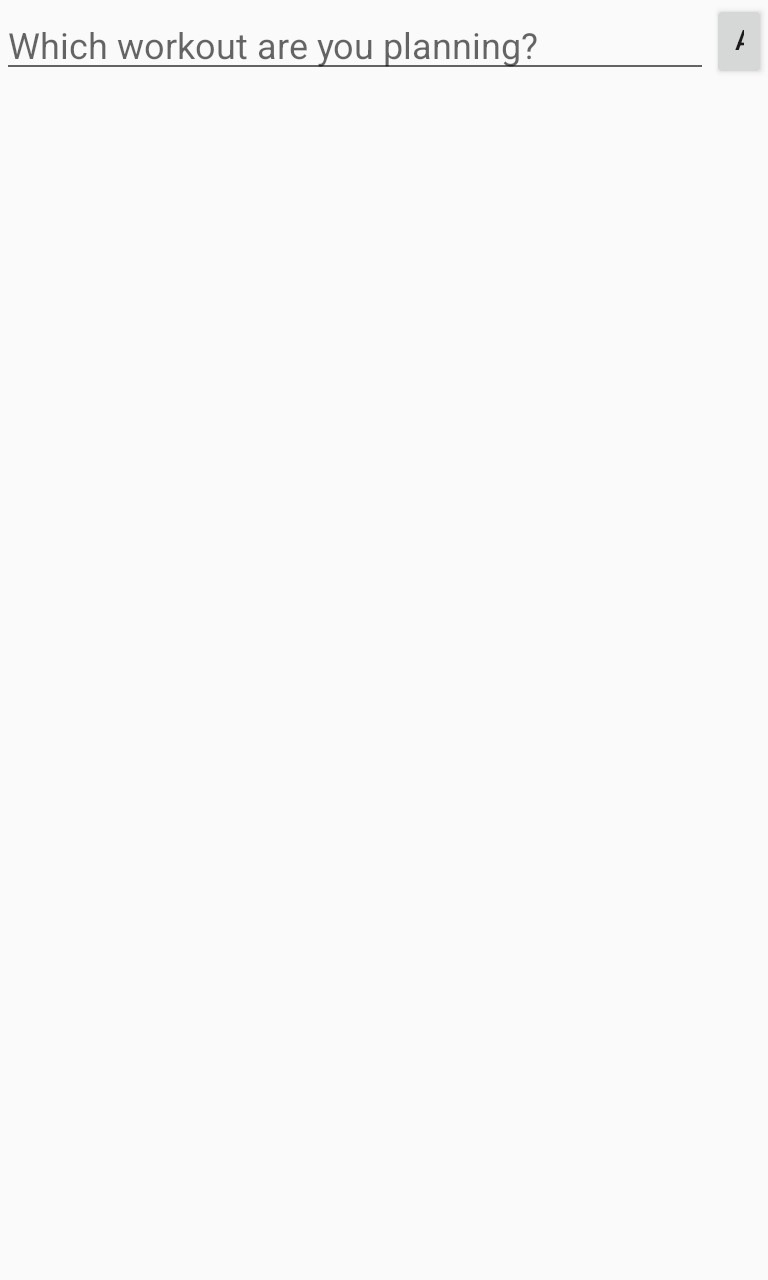
Repository: apoorvelec/AndroidApps
Layout: Gymdroid/res/layout/activity_monday.xml
An editor plug-in stored every save of this project. The layout is shown before and after the next save, followed by the edit.
It is drawn on a 768 x 1280 px phone screen (xhdpi) without system bars, with theme AppTheme; the app's code is not run.

Above is the layout before, as saved 2016-07-16 23:52:53.

After the next save:
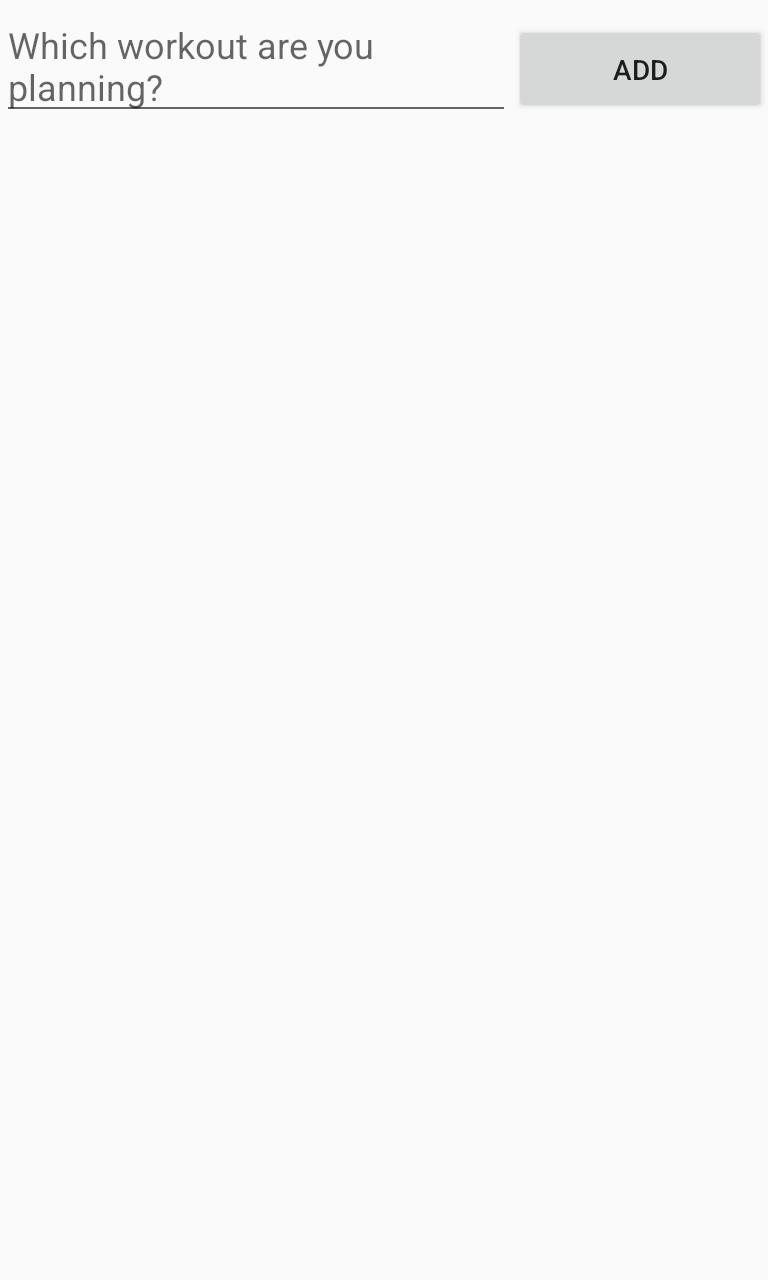
Saved 75 s later.
--- a/Gymdroid/res/layout/activity_monday.xml
+++ b/Gymdroid/res/layout/activity_monday.xml
@@ -18,8 +18,8 @@
         	android:hint="@string/workout_suggestion_hint" />
     	<Button
     	    android:id="@+id/monday_workout_suggestion_btn"
-    	    android:layout_height="fill_parent"
-    	    android:layout_width="wrap_content"
+    	    android:layout_height="wrap_content"
+    	    android:layout_width="fill_parent"
     	    android:layout_weight="4"
     	    android:text="add"
     	    />
